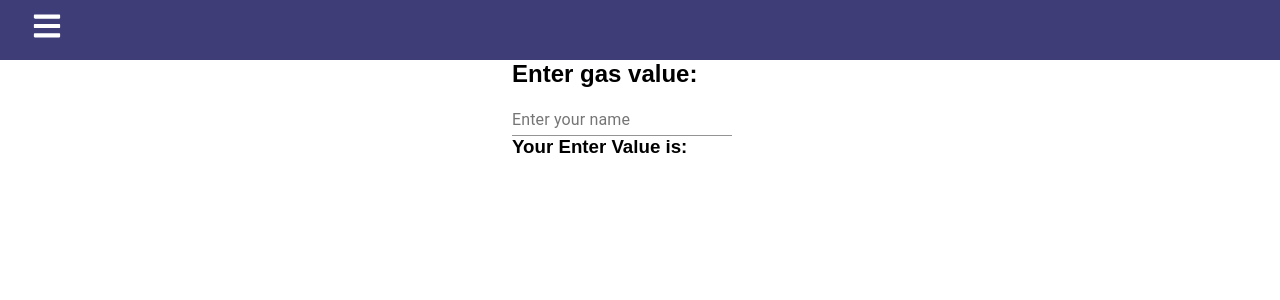
Repository: dcutalo/GasPal
Page: / (app in client/)
These files come from the project's save history. The page is drawn as it stood at one moment and after the next save; the edit follows.
The browser window is 1280 px wide. The pictures show the whole page.
Some web fonts or font styles are not loaded; a fallback is used. The project was rebuilt for these pictures with package versions that can differ from the ones it lists, and the page was loaded fresh each time. Also part of the build but not shown: client/src/pages/triphistory.js, client/src/pages/gasefficiencyreports.js, client/src/pages/userprofile.js.

Above is the page before, as saved 2021-10-05 21:33:19.

After the next save:
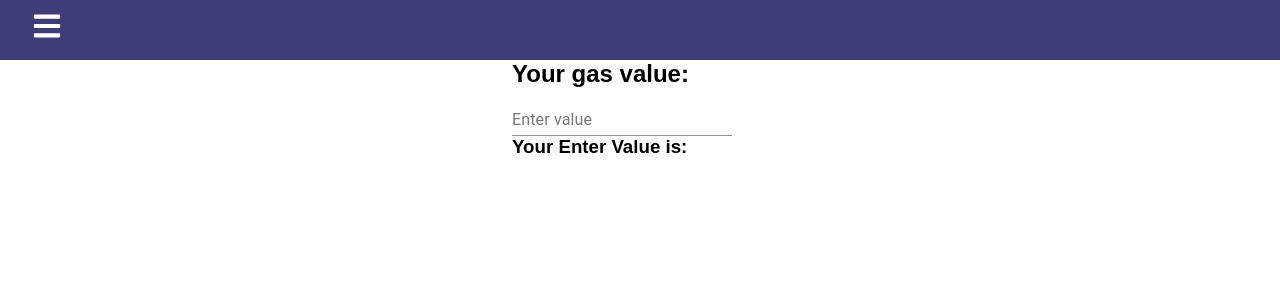
Saved 30 s later.
--- a/client/src/pages/home.js
+++ b/client/src/pages/home.js
@@ -11,10 +11,10 @@ const Home = () => {
         marginLeft: "40%",
       }}
     >
-      <h2>Enter gas value:</h2>
+      <h2>Your gas value:</h2>
       <TextField
         value={name}
-        label="Enter your name"
+        label="Enter value"
         onChange={(e) => {
           setName(e.target.value);
         }}
